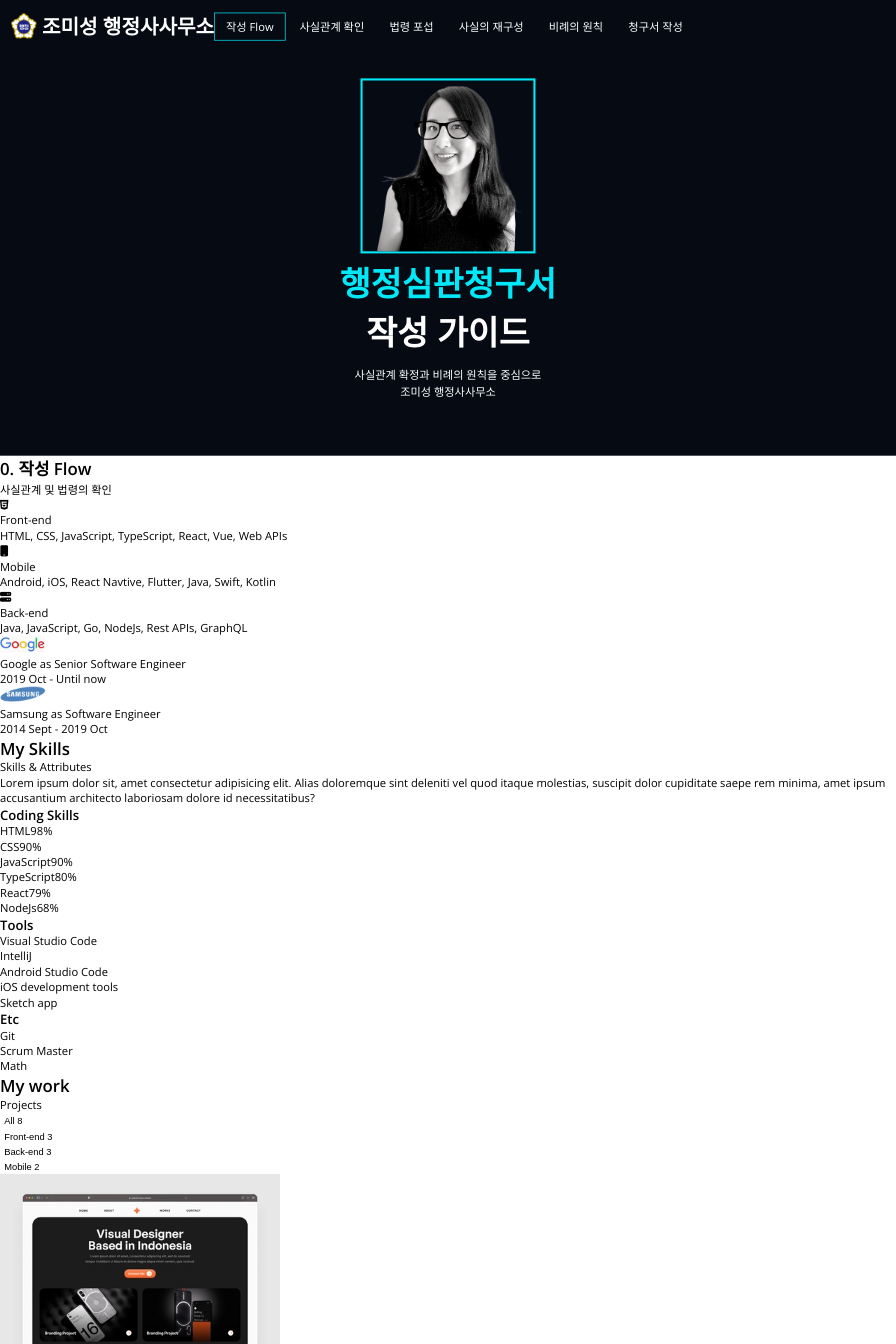
Repository: eggmoon/eggmoon_new
Page: index.html
The author's editor kept a copy of each file at every save. The page is drawn from the files as they stood at one save, then again after the next save.
The browser window is 1280 px wide. The pictures show the part of the page from y = 0 to 1920 px (the page is 5654 px tall before and 5427 px after), at 70% of full size.
Some web libraries are served in a nearby version.

Above is the page before, as saved 2025-02-26 10:39:23.

After the next save:
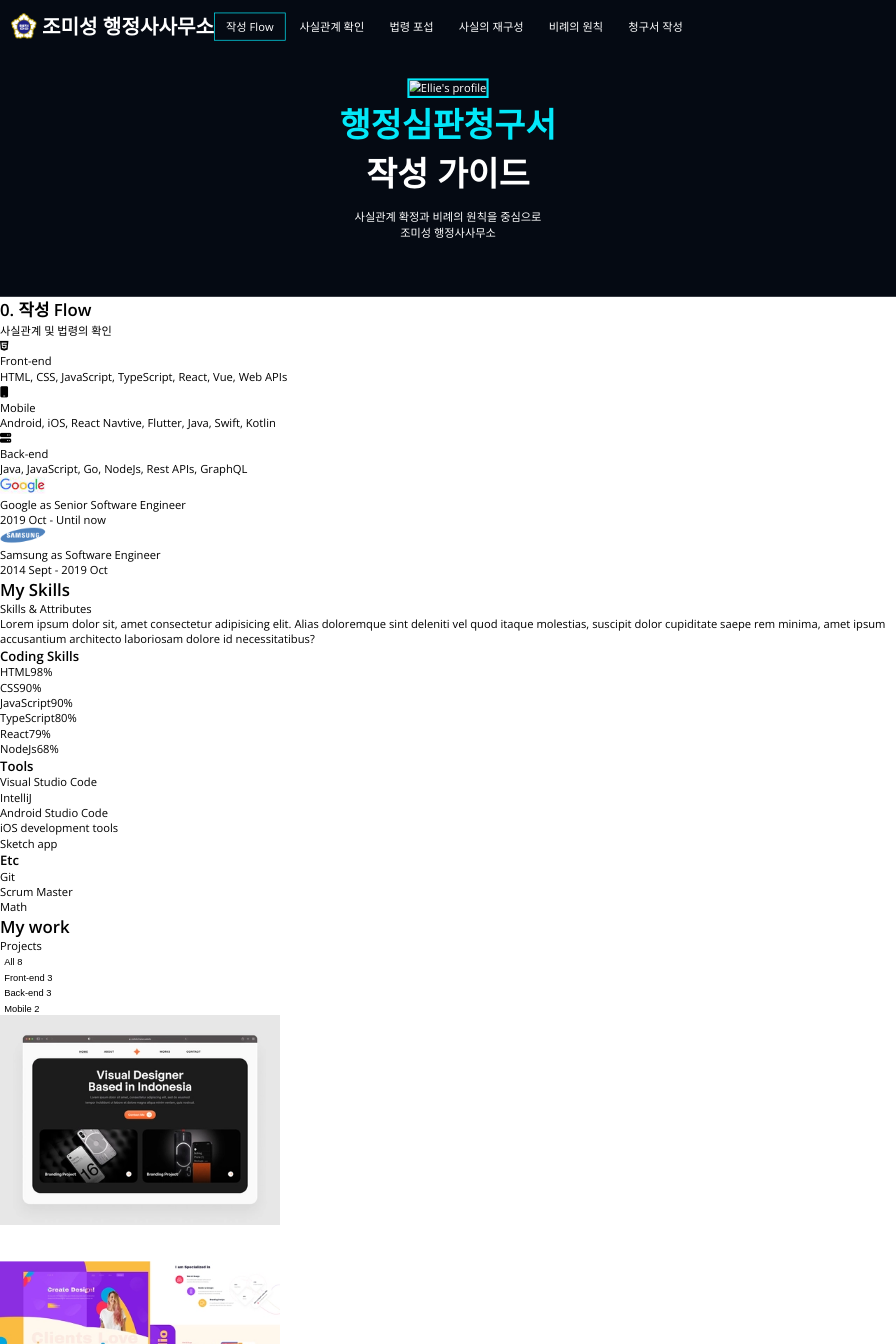
Saved 44 s later.
--- a/index.html
+++ b/index.html
@@ -57,7 +57,7 @@
     <main>
       <!-- Home -->
       <section id="home">
-        <img class="home__logo" src="images/profile.png" alt="Ellie's profile" />
+        <img class="home__logo" src="images/favicon.ice" alt="Ellie's profile" />
         <h2 class="home__title"><strong class="home__title--strong">행정심판청구서</strong> <br> 작성 가이드</h2>
         <p class="home__description">사실관계 확정과 비례의 원칙을 중심으로</p>
         <a class="home__contact" href="#contact">조미성 행정사사무소</a>

After the 2 saves that followed:
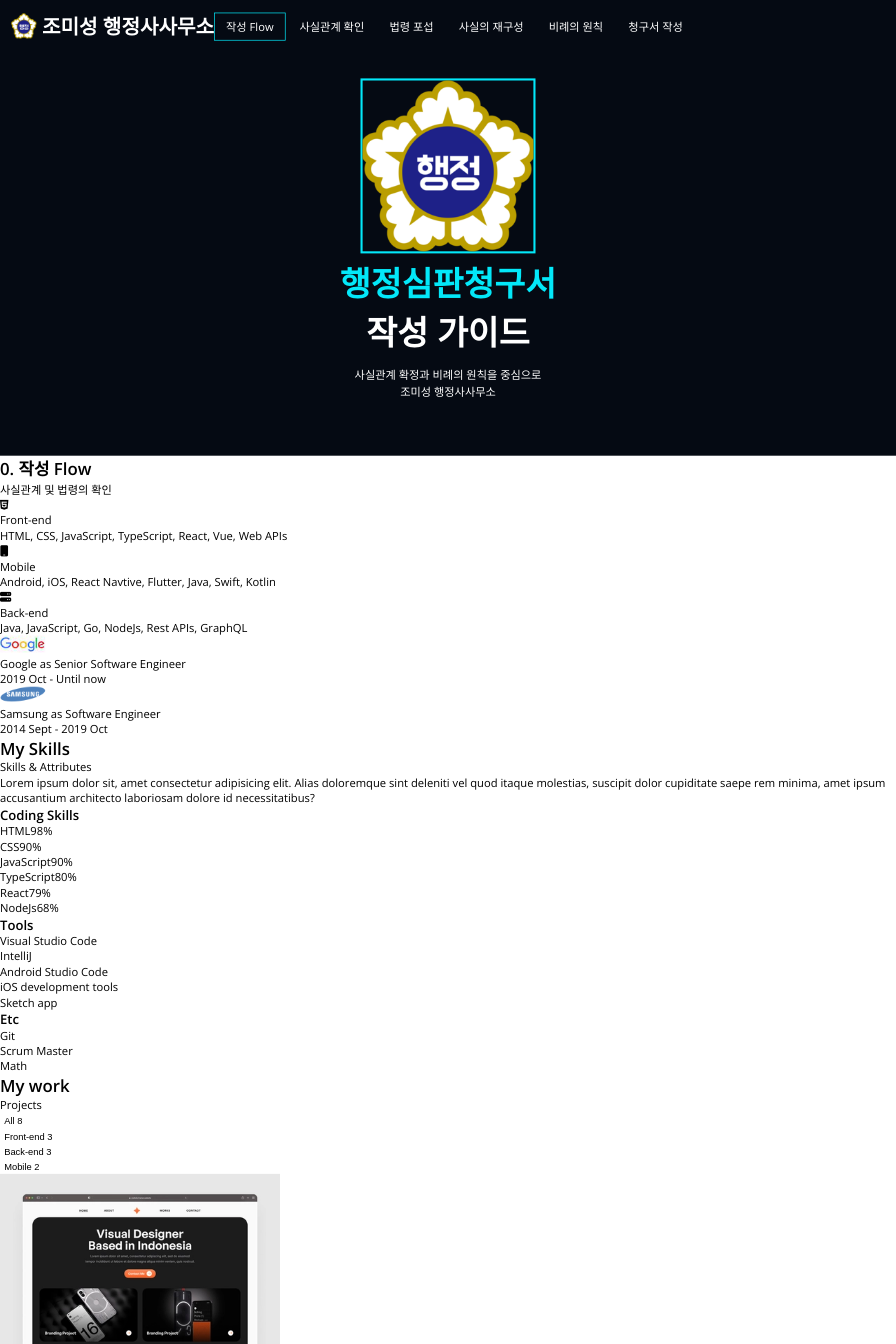
The 2 saves are shown as one change because they came seconds apart.
The last was saved 18 s later.
--- a/index.html
+++ b/index.html
@@ -57,7 +57,7 @@
     <main>
       <!-- Home -->
       <section id="home">
-        <img class="home__logo" src="images/favicon.ice" alt="Ellie's profile" />
+        <img class="home__logo" src="images/favicon.ico" alt="Ellie's profile" />
         <h2 class="home__title"><strong class="home__title--strong">행정심판청구서</strong> <br> 작성 가이드</h2>
         <p class="home__description">사실관계 확정과 비례의 원칙을 중심으로</p>
         <a class="home__contact" href="#contact">조미성 행정사사무소</a>
